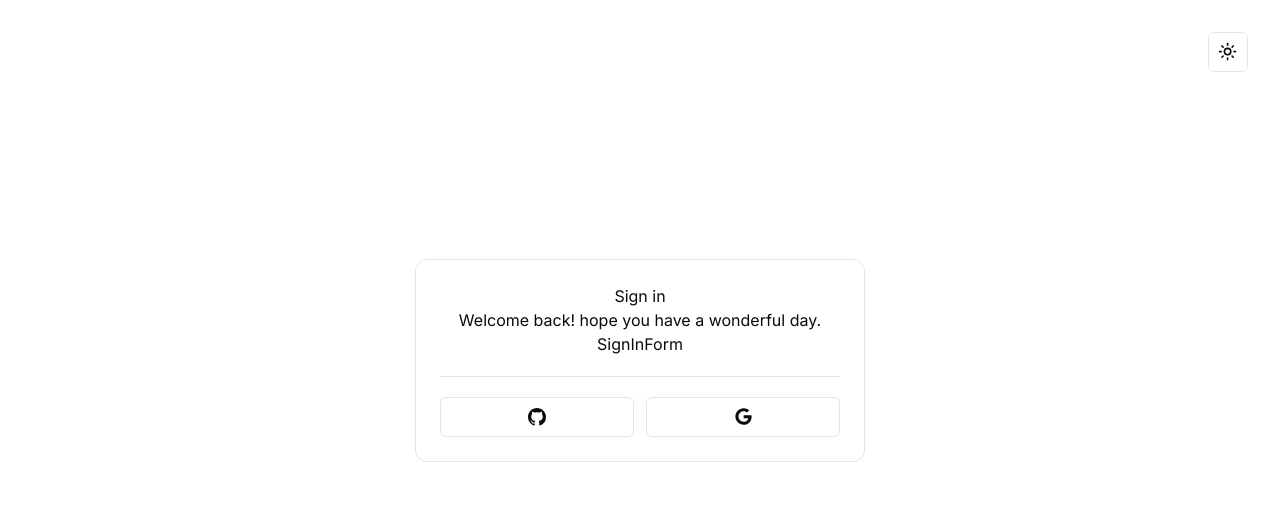
Repository: nickgoel31/authentication-toolkit
Page: /sign-in
These files come from the project's save history. The page is drawn as it stood at one moment and after the next save; the edit follows.
The browser window is 1280 px wide. The pictures show the whole page.
The project was rebuilt for these pictures with package versions that can differ from the ones it lists, and the page was loaded fresh each time. The framework's server and built-in components were replaced by stand-ins that run in the browser. Also part of the build but not shown: next.config.mjs.

Above is the page before, as saved 2024-02-04 13:27:45.

After the next save:
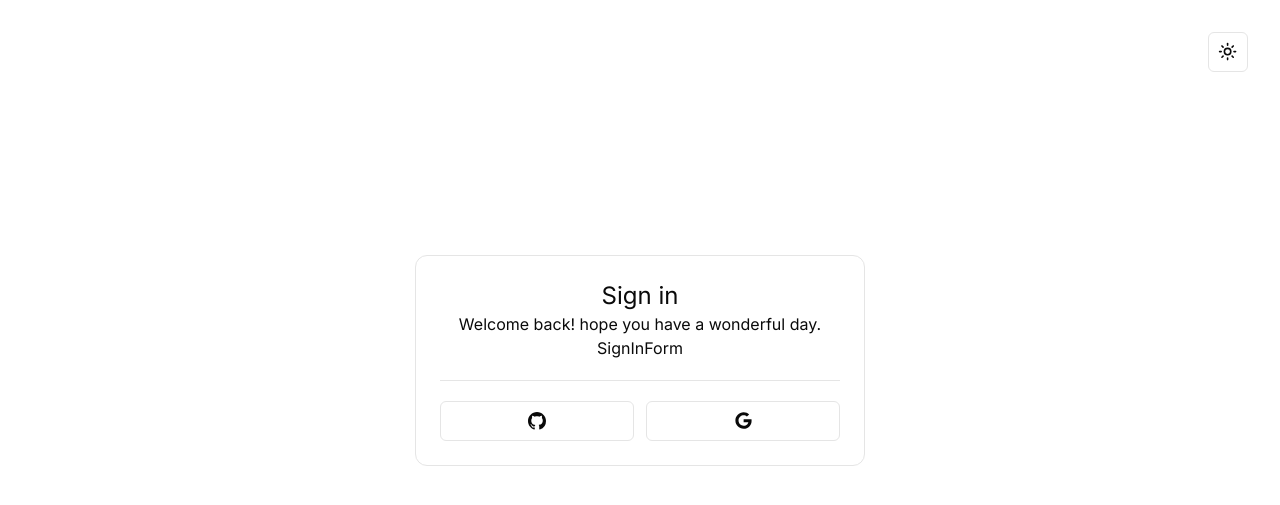
Saved 8 s later.
--- a/components/auth/form-wrapper.tsx
+++ b/components/auth/form-wrapper.tsx
@@ -15,7 +15,7 @@ interface FormWrapperProps {
 const FormWrapper = ({children, title, tag, backHref, backLabel, showSocial=false} : FormWrapperProps) => {
   return (
     <div className='flex flex-col items-center justify-center text-center p-6 border w-[450px] rounded-xl'>
-        <h2>{title}</h2>
+        <h2 className='text-2xl'>{title}</h2>
         <p>{tag}</p>
         {children}
 
